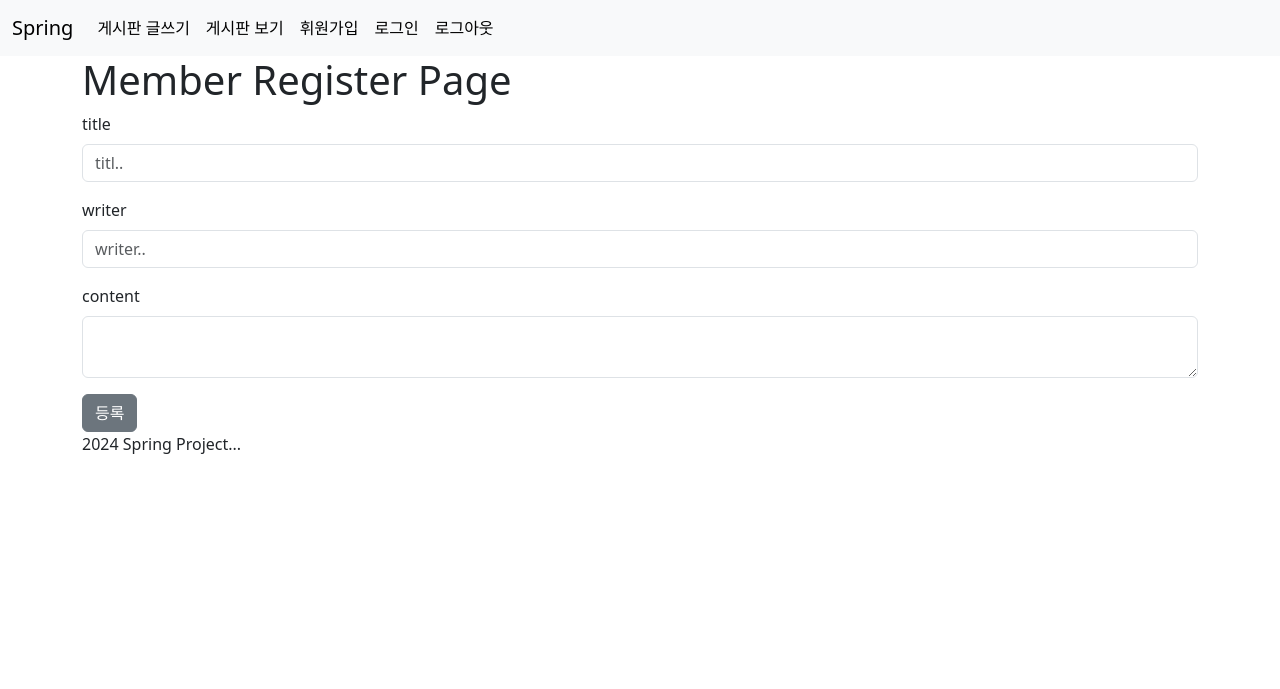
Repository: dlfhrrl12/springtest
Page: http://localhost/spring_study/WEB-INF/views/member/register.jsp
The author's editor kept a copy of each file at every save. The page is drawn from the files as they stood at one save, then again after the next save.
The browser window is 1280 px wide. The pictures show the whole page.
The page is served by Tomcat 9. Nobody is signed in. The template is opened directly, without the code that normally fills it, so the values that code supplies are empty.

Above is the page before, as saved 2024-04-25 05:50:04.

### spring_study/src/main/webapp/WEB-INF/views/member/register.jsp
<%@ page language="java" contentType="text/html; charset=UTF-8"
    pageEncoding="UTF-8"%>
<jsp:include page="../layout/header.jsp"/>
	<div class="container-md">
	<h1>Member Register Page</h1>
	<form action="" method="post">
			<div class="mb-3">
		  		<label for="t" class="form-label">title</label>
		  		<input type="text" class="form-control" name="title" id="t" placeholder="titl..">
			</div>
			<div class="mb-3">
		  		<label for="w" class="form-label">writer</label>
		  		<input type="text" class="form-control" name="writer" id="w" placeholder="writer..">
			</div>
			<div class="mb-3">
			  <label for="c" class="form-label">content</label>
			  <textarea class="form-control" id="c" name="content" aria-label="With textarea"></textarea>
			</div>
			<button type="submit" class="btn btn-secondary">등록</button>
		</form>

	</div>

<jsp:include page="../layout/footer.jsp" />

### spring_study/src/main/webapp/WEB-INF/views/layout/header.jsp
<%@ page language="java" contentType="text/html; charset=UTF-8"
    pageEncoding="UTF-8"%>
<!DOCTYPE html>
<html>
<head>
<meta charset="UTF-8">
<title>header.jsp</title>
<link href="https://cdn.jsdelivr.net/npm/bootstrap@5.3.3/dist/css/bootstrap.min.css" rel="stylesheet" integrity="sha384-QWTKZyjpPEjISv5WaRU9OFeRpok6YctnYmDr5pNlyT2bRjXh0JMhjY6hW+ALEwIH" crossorigin="anonymous">
<script src="https://cdn.jsdelivr.net/npm/bootstrap@5.3.3/dist/js/bootstrap.bundle.min.js" integrity="sha384-YvpcrYf0tY3lHB60NNkmXc5s9fDVZLESaAA55NDzOxhy9GkcIdslK1eN7N6jIeHz" crossorigin="anonymous"></script>
</head>
<body>
<nav class="navbar navbar-expand-lg bg-body-tertiary">
  <div class="container-fluid">
    <a class="navbar-brand" href="#">Spring</a>
    <button class="navbar-toggler" type="button" data-bs-toggle="collapse" data-bs-target="#navbarSupportedContent" aria-controls="navbarSupportedContent" aria-expanded="false" aria-label="Toggle navigation">
      <span class="navbar-toggler-icon"></span>
    </button>
    <div class="collapse navbar-collapse" id="navbarSupportedContent">
      <ul class="navbar-nav me-auto mb-2 mb-lg-0">
        <li class="nav-item">
          <a class="nav-link active"  href="/board/register">게시판 글쓰기</a>
        </li>
        <li class="nav-item">
          <a class="nav-link active"  href="/board/list">게시판 보기</a>
        </li>
        <li class="nav-item">
          <a class="nav-link active"  href="#">휘원가입</a>
        </li>
        <li class="nav-item">
          <a class="nav-link active"  href="#">로그인</a>
        </li>
        <li class="nav-item">
          <a class="nav-link active"  href="#">로그아웃</a>
        </li>
    </div>
  </div>
</nav>

### spring_study/src/main/webapp/WEB-INF/views/layout/footer.jsp
<%@ page language="java" contentType="text/html; charset=UTF-8"
    pageEncoding="UTF-8"%>



<div class="container-md">
	2024 Spring Project...
</div>

</body>
</html>

After the next save:
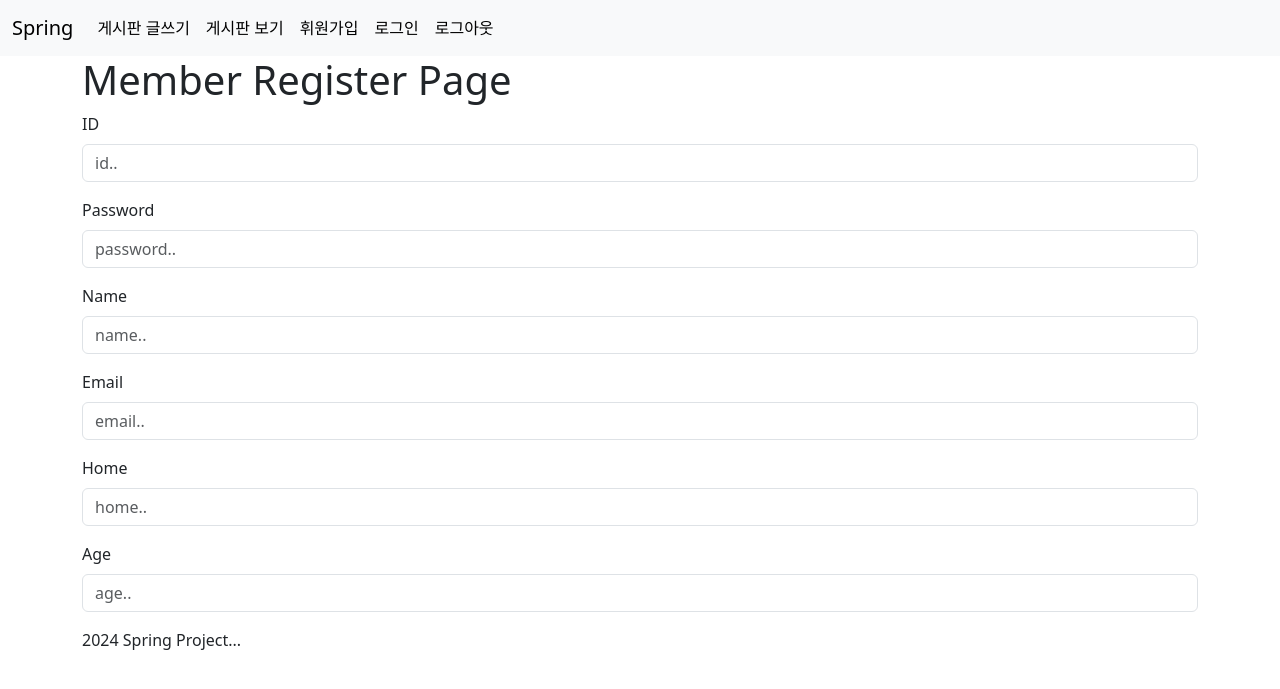
Saved 3 min 35 s later.
--- a/spring_study/src/main/webapp/WEB-INF/views/member/register.jsp
+++ b/spring_study/src/main/webapp/WEB-INF/views/member/register.jsp
@@ -5,18 +5,30 @@
 	<h1>Member Register Page</h1>
 	<form action="" method="post">
 			<div class="mb-3">
-		  		<label for="t" class="form-label">title</label>
-		  		<input type="text" class="form-control" name="title" id="t" placeholder="titl..">
+		  		<label for="i" class="form-label">ID</label>
+		  		<input type="text" class="form-control" name="id" id="i" placeholder="id..">
 			</div>
 			<div class="mb-3">
-		  		<label for="w" class="form-label">writer</label>
-		  		<input type="text" class="form-control" name="writer" id="w" placeholder="writer..">
+		  		<label for="p" class="form-label">Password</label>
+		  		<input type="password" class="form-control" name="pw" id="p" placeholder="password..">
 			</div>
 			<div class="mb-3">
-			  <label for="c" class="form-label">content</label>
-			  <textarea class="form-control" id="c" name="content" aria-label="With textarea"></textarea>
+		  		<label for="n" class="form-label">Name</label>
+		  		<input type="text" class="form-control" name="name" id="n" placeholder="name..">
 			</div>
-			<button type="submit" class="btn btn-secondary">등록</button>
+			<div class="mb-3">
+		  		<label for="e" class="form-label">Email</label>
+		  		<input type="text" class="form-control" name="email" id="e" placeholder="email..">
+			</div>
+			<div class="mb-3">
+		  		<label for="h" class="form-label">Home</label>
+		  		<input type="text" class="form-control" name="home" id="h" placeholder="home..">
+			</div>
+			<div class="mb-3">
+		  		<label for="a" class="form-label">Age</label>
+		  		<input type="text" class="form-control" name="age" id="a" placeholder="age..">
+			</div>
+
 		</form>
 
 	</div>
